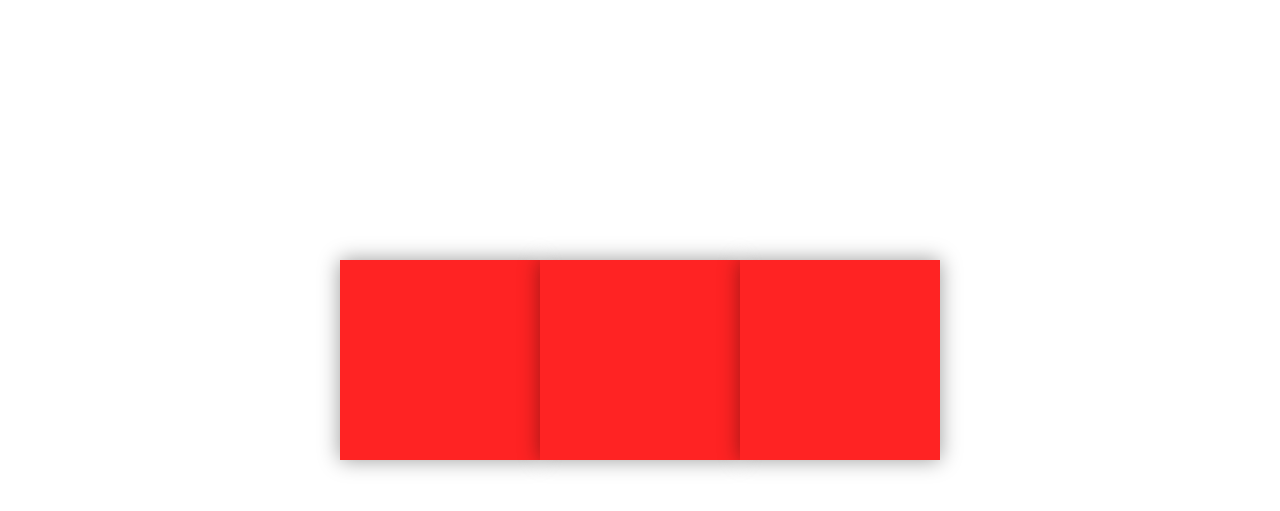
Repository: randgars/game
Page: index.html
These files come from the project's save history. The page is drawn as it stood at one moment and after the next save; the edit follows.
The browser window is 1280 px wide. The pictures show the whole page.

Above is the page before, as saved 2017-09-29 10:19:32.

### index.html
<!DOCTYPE html>
<html lang="en">
<head>
    <meta charset="UTF-8">
    <meta name="viewport" content="width=device-width, initial-scale=1.0">
    <meta http-equiv="X-UA-Compatible" content="ie=edge">
    <title>Document</title>
    <link rel="stylesheet" href="./style.css">
</head>
<body>
    <div class="square"></div>
    <div class="square"></div>
    <div class="square"></div>
</body>
</html>

### style.css
body {
    padding: 0;
    margin: 0;
    display: flex;
    justify-content: center;
    align-items: center;
    height: 100vh;
}
.square {
    height: 200px;
    width: 200px;
    background-color: rgba(35, 255, 35, 1);
    box-shadow: 0 0 20px rgba(0, 0, 0, .4);
    animation-name: spin;
    animation-duration: 2s;
    animation-iteration-count: infinite;
    animation-timing-function: linear;
}

@keyframes spin {
    from {
        transform: rotate(0deg);
    }
    25% {
        background-color: rgba(35, 35, 255, 1);
    }
    50% {
        background-color: rgba(255, 35, 35, 1);
    }
    75% {
        background-color: rgba(255, 255, 35, 1);
    }
    to {
        transform: rotate(360deg);
    }
}

After the next save:
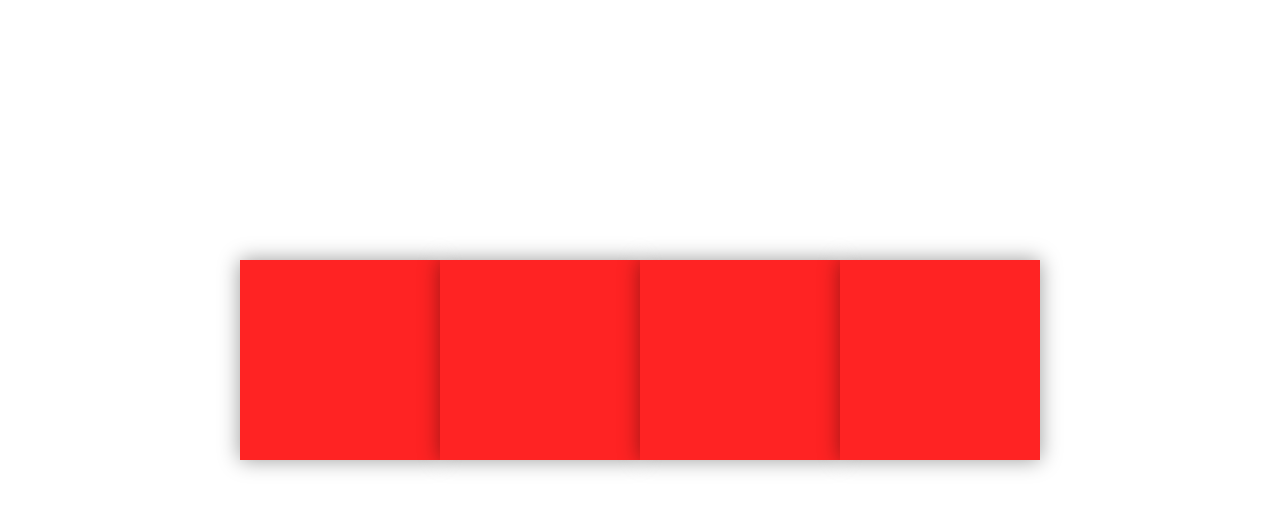
Saved 14 s later.
--- a/index.html
+++ b/index.html
@@ -11,5 +11,6 @@
     <div class="square"></div>
     <div class="square"></div>
     <div class="square"></div>
+    <div class="square"></div>
 </body>
 </html>
